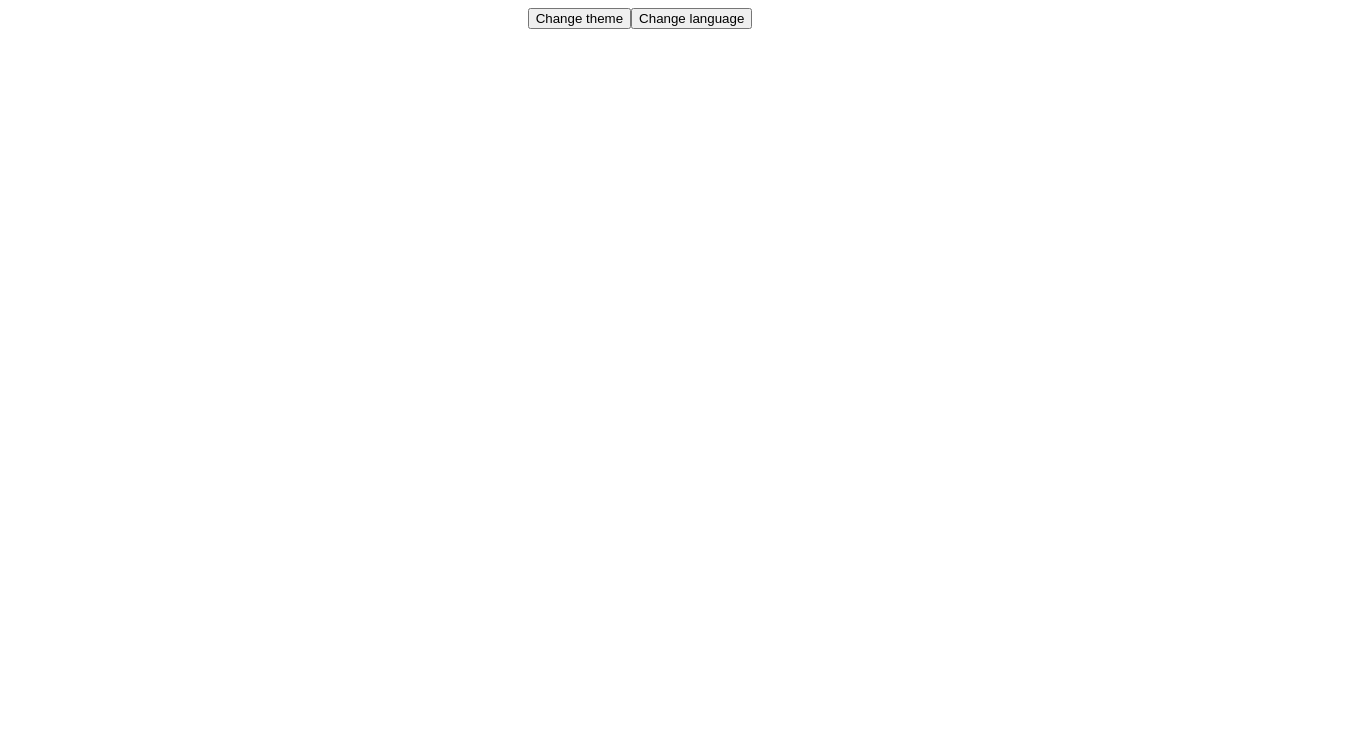
Repository: savannaaaas/contextLanguageTheme
Page: /
The author's editor kept a copy of each file at every save. The page is drawn from the files as they stood at one save, then again after the next save.
The browser window is 1280 px wide. The page is 1280 px wide, then 1352 px, so the pictures cover 1352 px, including what lies to the right of the window. The pictures show the whole page.
The project was rebuilt for these pictures with package versions that can differ from the ones it lists, and the page was loaded fresh each time. Also part of the build but not shown: vite.config.js.

Above is the page before, as saved 2025-07-11 17:11:34.

### src/main.jsx
import { StrictMode } from "react";
import { createRoot } from "react-dom/client";
import App from "./App.jsx";
import { MasterProvider } from "./providers/MasterProvider.jsx";

createRoot(document.getElementById("root")).render(
  <StrictMode>
    <MasterProvider>
      <App />
    </MasterProvider>
  </StrictMode>
);

### src/App.jsx
import { useContext } from "react";
import { ThemeContext } from "./providers/ThemeContext";
import { ControlsPanel } from "./components/ControlsPanel";
import "./App.css";
function App() {
  const { theme } = useContext(ThemeContext);

  const themeStyle = {
    backgroundColor: theme === "light" ? "#fff" : "black",
    padding: "0",
    height: "100vh",
  };
  return (
    <div style={themeStyle}>
      <ControlsPanel />
    </div>
  );
}

export default App;

### src/providers/MasterProvider.jsx
import ThemeProvider from "./ThemeContext";
import LanguageProvider from "./LanguageContext";

export const MasterProvider = ({ children }) => {
  return (
    <ThemeProvider>
      <LanguageProvider>{children}</LanguageProvider>
    </ThemeProvider>
  );
};

### src/providers/ThemeContext.jsx
import { createContext, useCallback, useState } from "react";
export const ThemeContext = createContext(null);
const ThemeProvider = ({ children }) => {
  const [theme, setTheme] = useState("light");
  const toggleTheme = useCallback(() => {
    setTheme((theme) => (theme === "light" ? "dark" : "light"));
  }, [setTheme]);
  return (
    <ThemeContext.Provider value={{ theme, setTheme, toggleTheme }}>
      {children}
    </ThemeContext.Provider>
  );
};
export default ThemeProvider;

### src/components/ControlsPanel.jsx
import { useContext } from "react";
import { ThemeContext } from "../providers/ThemeContext";
import { LanguageContext } from "../providers/LanguageContext";
export const ControlsPanel = () => {
  const { toggleTheme } = useContext(ThemeContext);
  const { toggleLanguage } = useContext(LanguageContext);
  return (
    <>
      <button onClick={toggleTheme}>Change theme</button>
      <button onClick={() => toggleLanguage()}>Change language</button>
    </>
  );
};

### src/App.css
#root {
 height: 100%;
  margin: 0;
  padding: 0;
  text-align: center;
}

### src/providers/LanguageContext.jsx
import { createContext, useState } from "react";
export const LanguageContext = createContext(null);

const LanguageProvider = ({ children }) => {
  const [language, setLanguage] = useState("en");
  const toggleLanguage = () => {
    setLanguage((language) => (language === "en" ? "ru" : "en"));
  };
  return (
    <LanguageContext.Provider value={{ language, setLanguage, toggleLanguage }}>
      {children}
    </LanguageContext.Provider>
  );
};
export default LanguageProvider;

Loaded but not shown: index.html (common file)

After the next save:
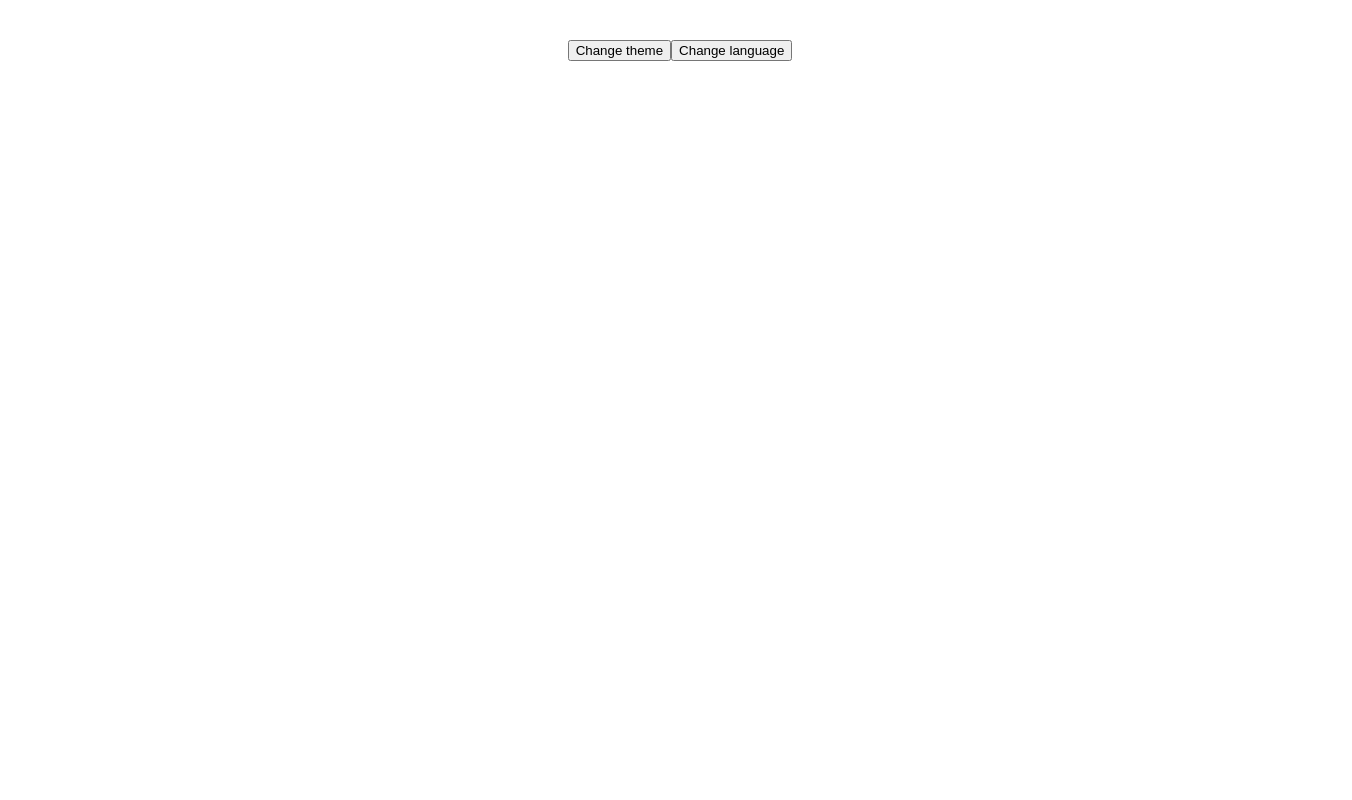
Saved 15 s later.
--- a/src/App.jsx
+++ b/src/App.jsx
@@ -7,8 +7,9 @@ function App() {
 
   const themeStyle = {
     backgroundColor: theme === "light" ? "#fff" : "black",
-    padding: "0",
+    padding: "2em",
     height: "100vh",
+    width: "100vw",
   };
   return (
     <div style={themeStyle}>
